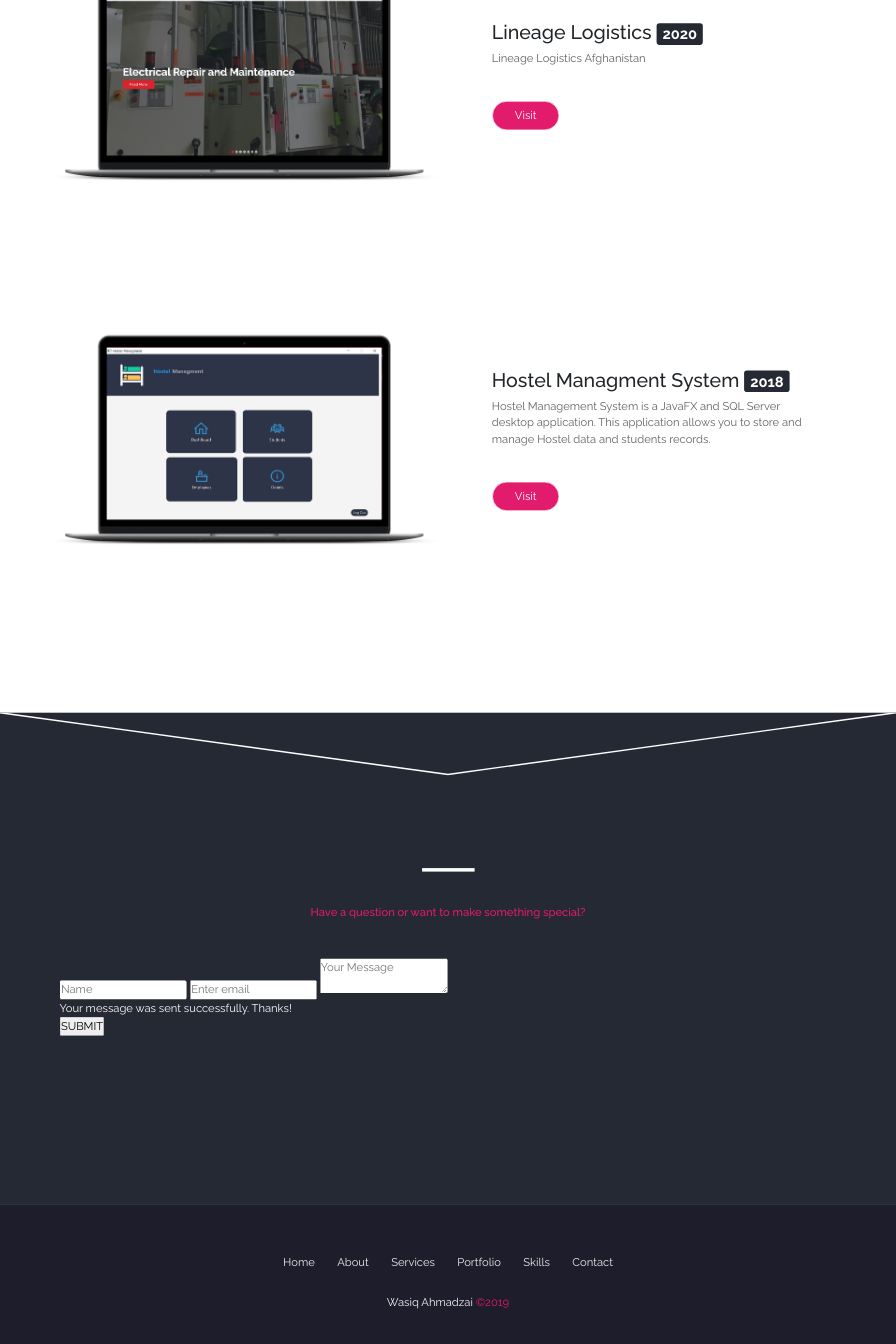
Repository: wasiqkhan/wasiqkhan.github.io
Page: index.html
The author's editor kept a copy of each file at every save. The page is drawn from the files as they stood at one save, then again after the next save.
The browser window is 1280 px wide. The pictures show the part of the page from y = 2953 to 4873 px (the page is 4873 px tall), at 70% of full size.
Some web fonts or font styles are not loaded; a fallback is used.

Above is the page before, as saved 2020-11-06 17:10:40.
Not found: js/all.js
Not found: js/app.js
Not found: js/particles.js

After the next save:
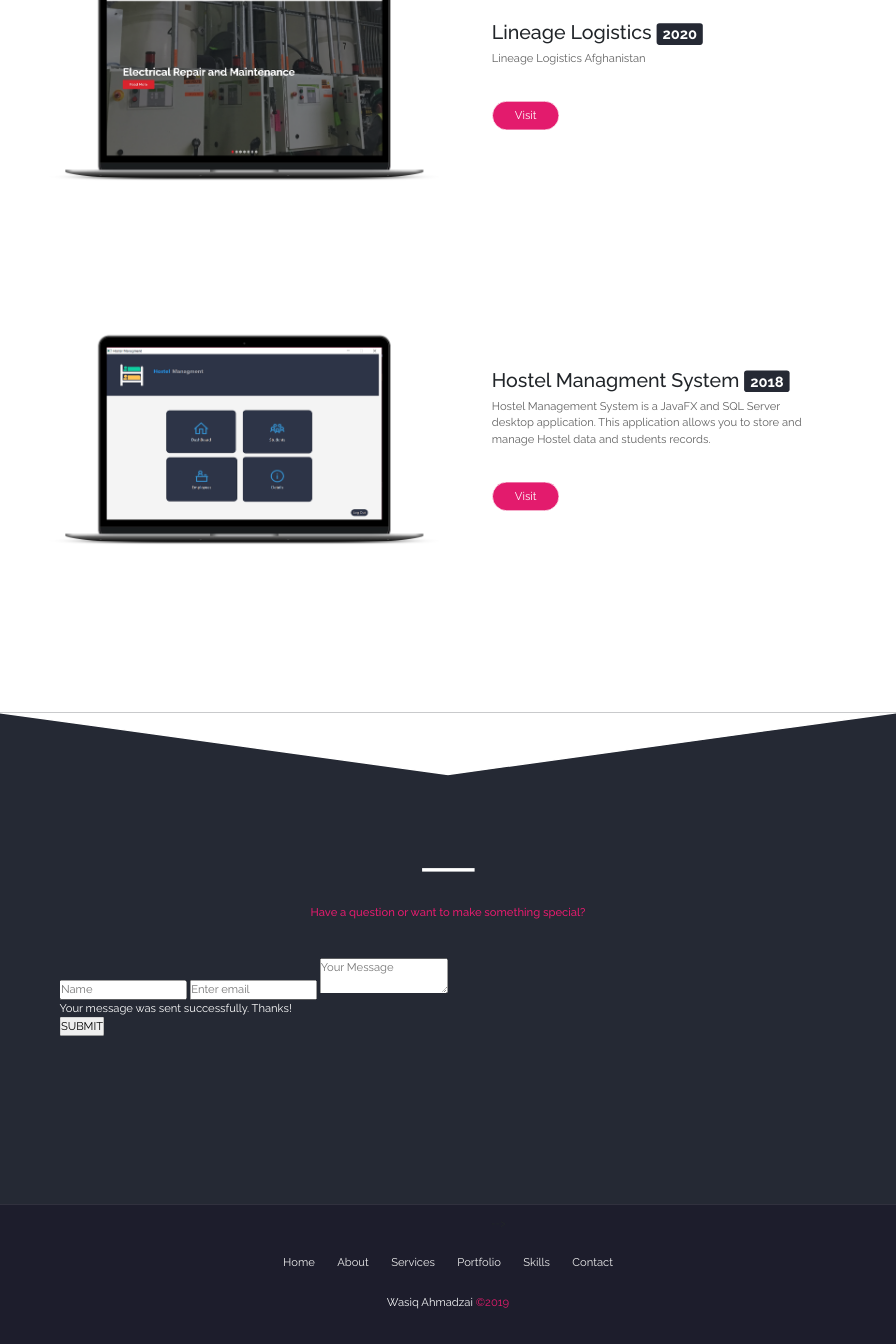
Saved 35 s later.
--- a/index.html
+++ b/index.html
@@ -514,10 +514,12 @@
       <!-- </div> -->
     <!-- </section> -->
     <section id="contact" class="contact">
-        <svg preserveAspectRatio="none" viewBox="0 0 100 102" height="90" width="100%" version="1.1"
-        xmlns="http://www.w3.org/2000/svg" class="svgcolor-light">
-  <path d="M0 0 L50 100 L100 0 Z" fill="#252934" stroke="white"/>
-      </svg>
+      <svg preserveAspectRatio="none" viewBox="0 0 100 102" height="90" width="100%" version="1.1"
+      xmlns="http://www.w3.org/2000/svg" class="svgcolor-light">
+
+     <path d="M0 0 L50 100 L100 0 Z" fill="white" stroke="white"/>
+
+    </svg>
       <div class="container-fluid">
         <h2 class="text-center m-heading" style="color: #fff">Contact</h2>
         <div class="line"></div>
